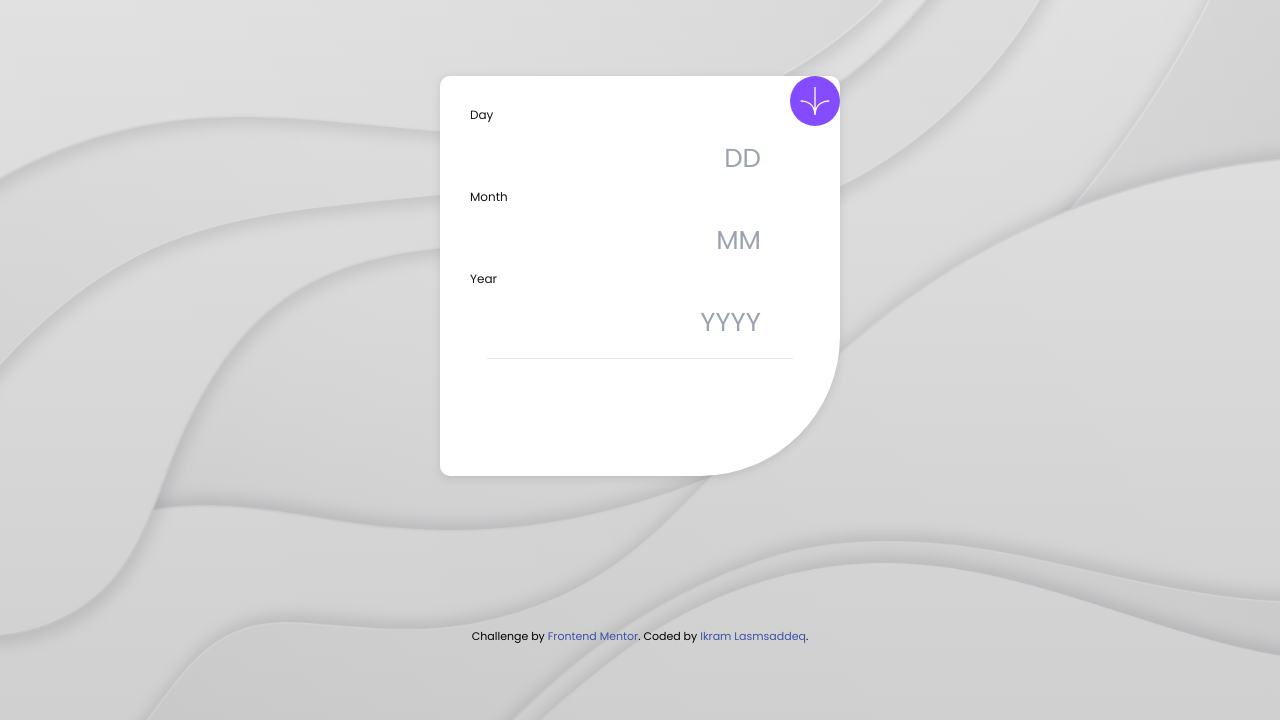
Repository: ikram-lisa/age-display
Page: /
The author's editor kept a copy of each file at every save. The page is drawn from the files as they stood at one save, then again after the next save.
The browser window is 1280 px wide. The pictures show the whole page.
Some web libraries are served in a nearby version. The project was rebuilt for these pictures with package versions that can differ from the ones it lists, and the page was loaded fresh each time.

Above is the page before, as saved 2024-04-30 23:36:56.

After the next save:
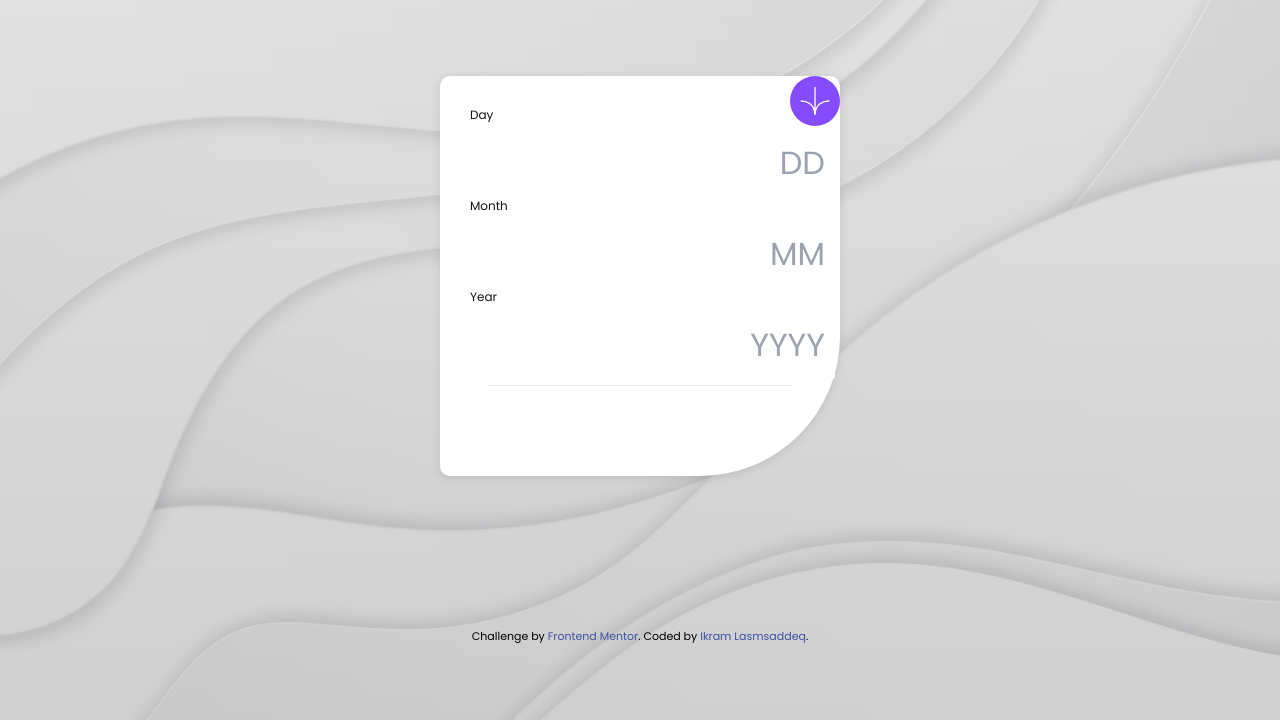
Saved 61 s later.
--- a/css/style.scss
+++ b/css/style.scss
@@ -53,9 +53,8 @@ body {
       input[type="text"] {
         text-align: right;
         border: 1 solid $lightGrey;
-        border-radius: 5px;
+        border-radius: 3px;
         padding: 10px;
-        font-size: 26px;
       }
     }
   }
